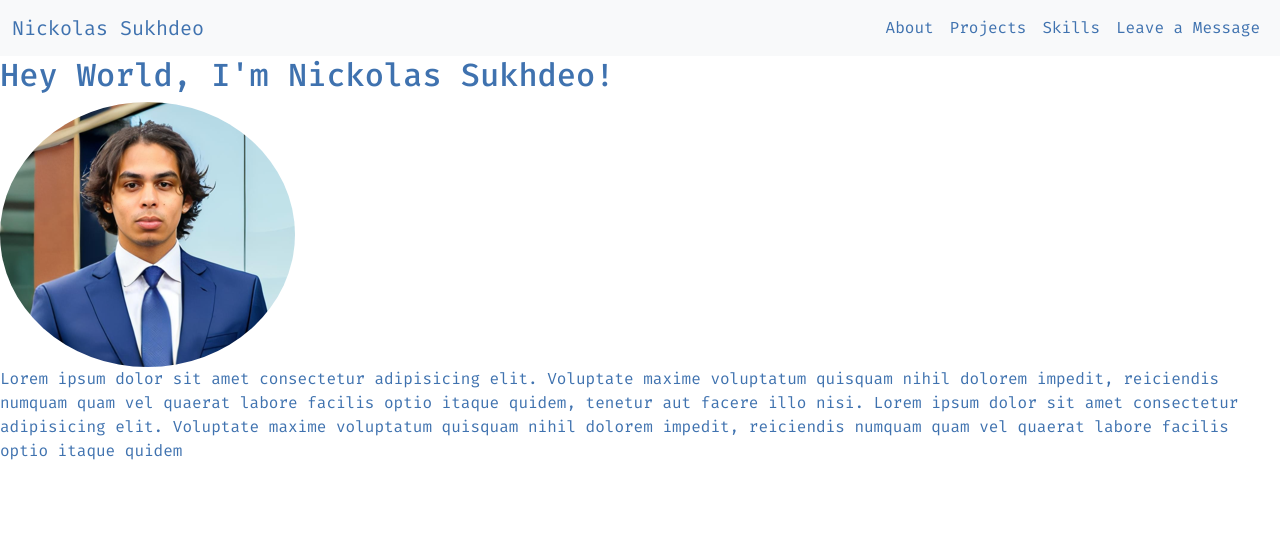
Repository: nlsukhde/porfolio
Page: index.html
The author's editor kept a copy of each file at every save. The page is drawn from the files as they stood at one save, then again after the next save.
The browser window is 1280 px wide. The pictures show the whole page.

Above is the page before, as saved 2025-06-19 17:47:17.

### index.html
<!DOCTYPE html>
<html lang="en">
<head>
    <meta charset="UTF-8">
    <meta name="viewport" content="width=device-width, initial-scale=1.0">

    <!-- Google Fonts -->
    <link rel="preconnect" href="https://fonts.googleapis.com">
    <link rel="preconnect" href="https://fonts.gstatic.com" crossorigin>
    <link href="https://fonts.googleapis.com/css2?family=Fira+Code:wght@300..700&family=Raleway:ital,wght@0,100..900;1,100..900&family=Roboto+Condensed:ital,wght@0,100..900;1,100..900&display=swap" rel="stylesheet">

    <!-- Your CSS (must come after fonts) -->
    <link rel="stylesheet" href="app.css">

    <!-- Bootstrap CSS -->
    <link href="https://cdn.jsdelivr.net/npm/bootstrap@5.3.7/dist/css/bootstrap.min.css" rel="stylesheet" integrity="sha384-LN+7fdVzj6u52u30Kp6M/trliBMCMKTyK833zpbD+pXdCLuTusPj697FH4R/5mcr" crossorigin="anonymous">

    <title>Nickolas Sukhdeo Portfolio</title>
</head>

<body>
    <script src="https://cdn.jsdelivr.net/npm/bootstrap@5.3.7/dist/js/bootstrap.bundle.min.js" integrity="sha384-ndDqU0Gzau9qJ1lfW4pNLlhNTkCfHzAVBReH9diLvGRem5+R9g2FzA8ZGN954O5Q" crossorigin="anonymous"></script>

    <nav class="navbar navbar-expand-lg bg-body-tertiary">
  <div class="container-fluid">
    <a class="navbar-brand" href="#">Nickolas Sukhdeo</a>
    <button class="navbar-toggler" type="button" data-bs-toggle="collapse" data-bs-target="#navbarNav" aria-controls="navbarNav" aria-expanded="false" aria-label="Toggle navigation">
      <span class="navbar-toggler-icon"></span>
    </button>
    <div class="collapse navbar-collapse" id="navbarNav">
      <ul class="navbar-nav ms-auto">
        <li class="nav-item">
          <a class="nav-link active" aria-current="page" href="#">About</a>
        </li>
        <li class="nav-item">
          <a class="nav-link" href="#">Projects</a>
        </li>
        <li class="nav-item">
          <a class="nav-link" href="#">Skills</a>
        </li>
        <li class="nav-item">
          <a class="nav-link" >Leave a Message</a>
        </li>
      </ul>
    </div>
  </div>
</nav>

<section id= "about-section">

<h2>Hey World, I'm Nickolas Sukhdeo!</h2>

<div class = "headshot">
<img src="headshot.png" alt="headshot" />
</div>

<div class = "bio">
    <p>Lorem ipsum dolor sit amet consectetur adipisicing elit. Voluptate maxime voluptatum quisquam nihil dolorem impedit, reiciendis numquam
         quam vel quaerat labore facilis optio itaque quidem, tenetur aut facere illo nisi. Lorem ipsum dolor sit amet consectetur adipisicing elit. Voluptate maxime voluptatum quisquam nihil dolorem impedit, reiciendis numquam
         quam vel quaerat labore facilis optio itaque quidem</p>
</div>

</section>
</body>
</html>

### app.css
:root {
  --color-bg: #F9F7F7;
  --color-accent: #DBE2EF;
  --color-text: #3F72AF;
  --color-bg-secondary: #112D4E;
}


body{
  background-color: var(--color-bg);
  color: var(--color-text)!important;
  font-family: "Fira Code", monospace !important;
}

.navbar, .navbar-brand, .nav-link {
  font-family: "Fira Code", monospace !important;
  color: var(--color-text) !important;
}

.navbar-expand-lg bg-body-tertiary {
  background-color: var(--color-bg-secondary) !important;
}

img{
    border-radius: 50%;


}

After the next save:
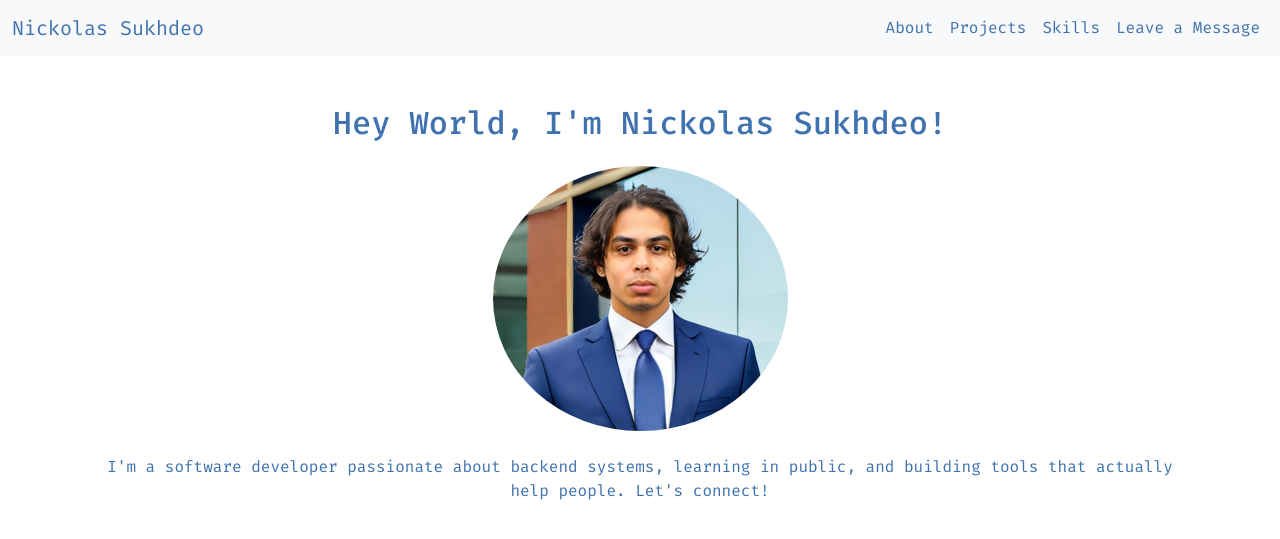
Saved 9 min 31 s later.
--- a/index.html
+++ b/index.html
@@ -46,20 +46,28 @@
   </div>
 </nav>
 
-<section id= "about-section">
+<section id="about-section" class="text-center container py-5">
+  <h2>Hey World, I'm Nickolas Sukhdeo!</h2>
 
-<h2>Hey World, I'm Nickolas Sukhdeo!</h2>
+  <div class="headshot-wrapper mx-auto my-4">
+    <img src="headshot.png" alt="headshot" class="headshot-img">
+  </div>
 
-<div class = "headshot">
-<img src="headshot.png" alt="headshot" />
-</div>
+  <div class="bio px-3">
+    <p>
+      I'm a software developer passionate about backend systems, learning in public, and building tools that actually help people. Let's connect!
+    </p>
+  </div>
 
-<div class = "bio">
-    <p>Lorem ipsum dolor sit amet consectetur adipisicing elit. Voluptate maxime voluptatum quisquam nihil dolorem impedit, reiciendis numquam
-         quam vel quaerat labore facilis optio itaque quidem, tenetur aut facere illo nisi. Lorem ipsum dolor sit amet consectetur adipisicing elit. Voluptate maxime voluptatum quisquam nihil dolorem impedit, reiciendis numquam
-         quam vel quaerat labore facilis optio itaque quidem</p>
-</div>
+  <div class="social-links mt-3">
+    <a href="https://github.com/YOUR_USERNAME" target="_blank" class="social-icon me-3">
+      <i class="bi bi-github"></i>
+    </a>
+    <a href="https://linkedin.com/in/YOUR_USERNAME" target="_blank" class="social-icon">
+      <i class="bi bi-linkedin"></i>
+    </a>
+  </div>
+</section>
 
-</section>
 </body>
 </html>
